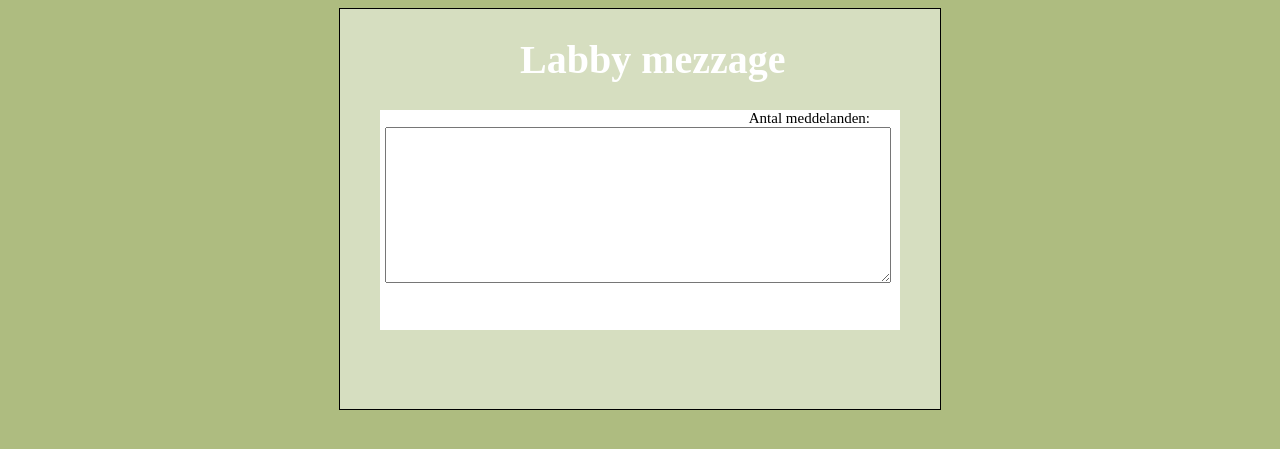
Repository: JuliaSivartsson/1dv403-jsigc09-laborationer
Page: 2-labbymezzage/index.html
The author's editor kept a record of every edit. The page is drawn from the files as they stood at one moment, then again after the next edit.
The browser window is 1280 px wide. The pictures show the whole page.

Above is the page before.
Console error: TypeError: Cannot read properties of undefined (reading 'getText')

### 2-labbymezzage/index.html
<!DOCTYPE html>
<html lang="sv">
<head>
	<meta charset="UTF-8" />
    <link rel="stylesheet" type="text/css" href="css/style.css">
 	<title>Labby message</title>
 	<style>
 		.error {
 			background-color: #F7A1A1;
 		}
 	</style>
</head>
    <body>
        <div id="content">
            <h1>Labby mezzage</h1>

            <div id="text">
                <p class="right">Antal meddelanden:</p>
                <textarea></textarea>
            </div>
            <div id="messages">


            </div>
        </div>

    	  <script src="js/MessageBoard.js"></script>
    	  <script src="js/Message.js"></script>

    </body>
</html>

### 2-labbymezzage/css/style.css
body{
    background-color: #AEBC80;
       font-family: serif;
}

h1{
   color: #fff;
   margin-left: 180px;
   font-size: 40px;
}

#content{
    width: 600px;
    height: 400px;
    margin: 0 auto;
    border: 1px solid #000;
    background-color: #D6DEC0;

}

#text{
    width: 520px;
    height: 220px;
    background-color: #fff;
    margin: 10px 20px 0 40px;
}

#text p{
    font-size: 15px;
    margin: 0 30px;
}

textarea{
    margin: 0 5px 5px;
    width: 500px;
    height: 150px;
}

footer{
    width: 500px;
    height: 30px;
    margin: 0 auto;
}

footer p{
    font-size: 12px;
    font-style: italic;
    text-align: center;
}

.right{
    float: right;
    margin-right: 10px;
}

### 2-labbymezzage/js/MessageBoard.js
"use strict";

var MessageBoard = {

    messages: ["kiwi"],

        init: function(){

        var mess = new Message("Testmeddelande", new Date());
        //alert(mess);
        //alert(mess.getText());
        mess.setText("En annan text");
        //alert(mess);

        //var mess1 = new Message();
        alert(messages[0].getText() + "hej");
    },

};


window.onload = MessageBoard.init;

### 2-labbymezzage/js/Message.js
function Message(message, date){

    this.getText = function(){
        return message;
    }

    this.setText = function(_text){
        message = _text;
    }

    this.getDate = function(){
        return date;
    }

    this.setDate = function(_date){
        date = _date;
    }

}

Message.prototype.toString = function(){
    return this.getText() + " ("+this.getDate()+")";
}

Message.prototype.getHTMLText = function(){

}

Message.prototype.getDateText = function(){

}

After the next edit:
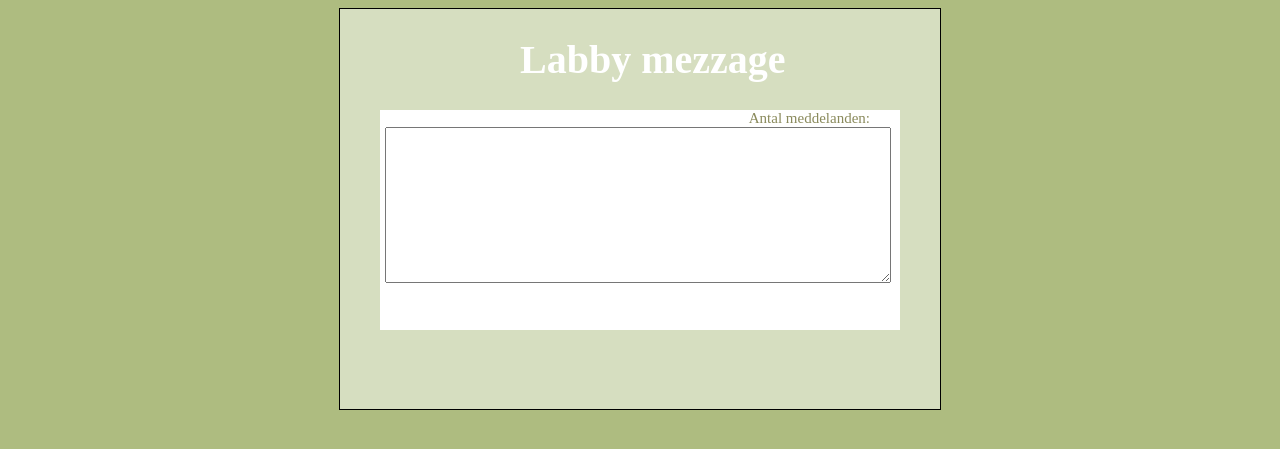
The edit:
--- a/2-labbymezzage/css/style.css
+++ b/2-labbymezzage/css/style.css
@@ -1,6 +1,7 @@
 body{
     background-color: #AEBC80;
        font-family: serif;
+       color: #8A8A5C;
 }
 
 h1{
